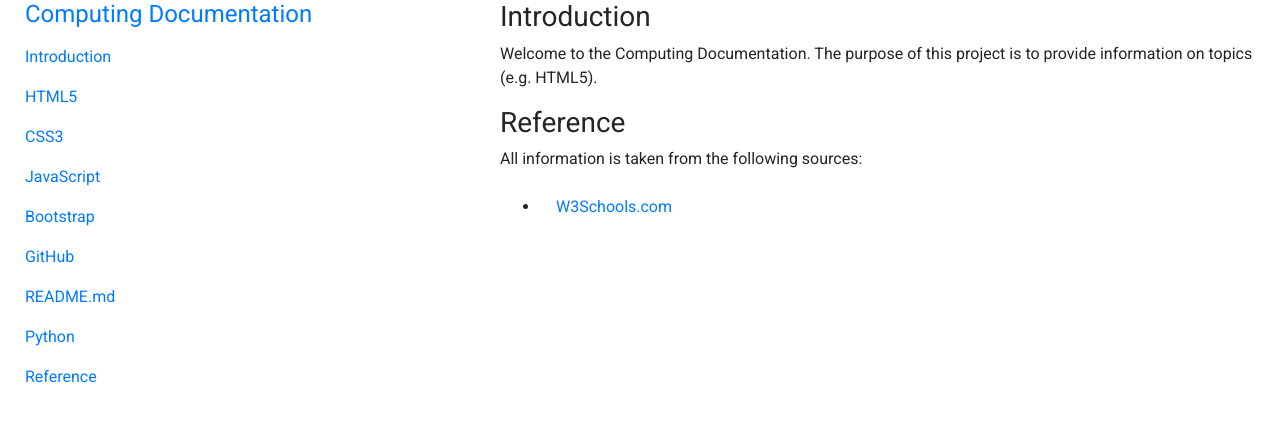
Repository: derektypist/technical-documentation-page
Page: index.html
The author's editor kept a record of every edit. The page is drawn from the files as they stood at one moment, then again after the next edit.
The browser window is 1280 px wide. The pictures show the whole page.

Above is the page before.

After the next edit:
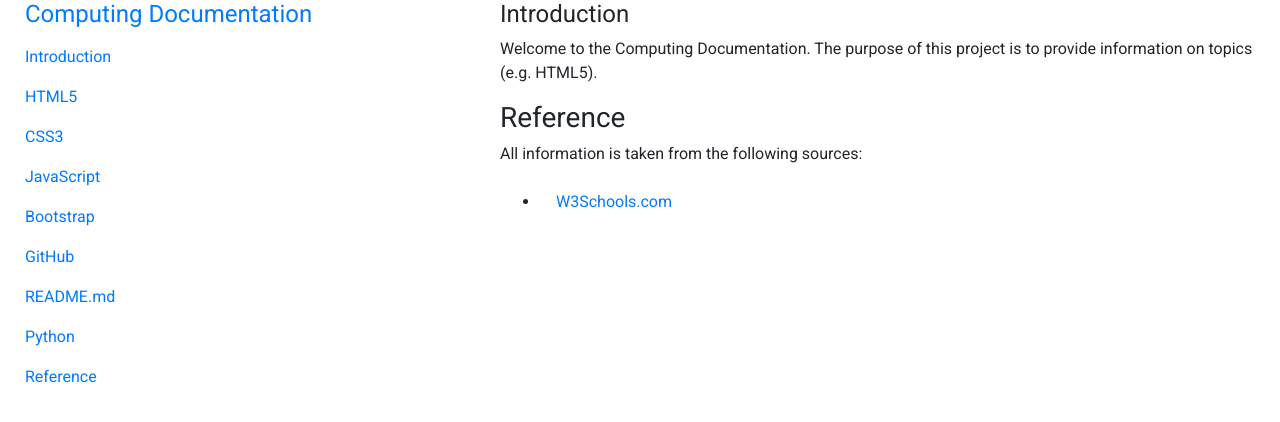
The edit:
--- a/index.html
+++ b/index.html
@@ -73,7 +73,7 @@
 <!-- Provide Section for Introduction -->
 <section class="main-section">
   <header id="introduction">
-    <h3>Introduction</h3>
+    <h4>Introduction</h4>
   </header>
   <article>
     <p>Welcome to the Computing Documentation.
